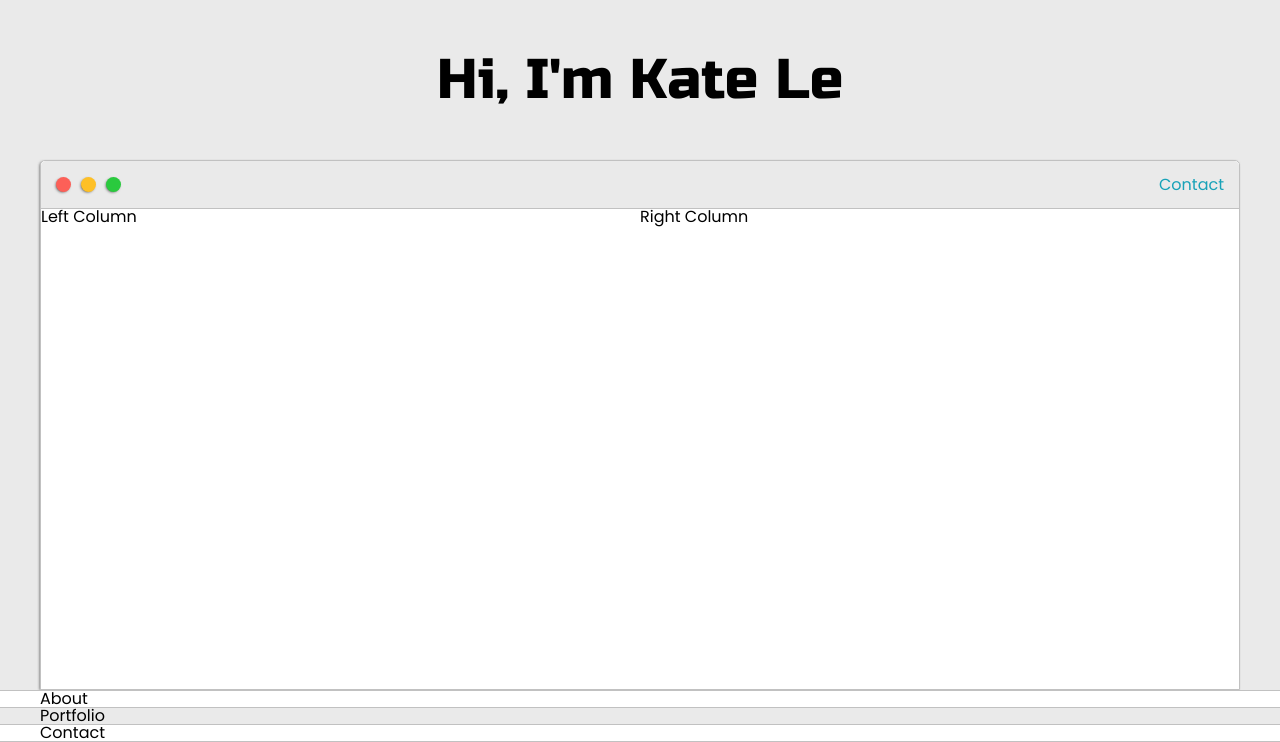
Repository: kate30980/my-persponal-website
Page: index.html
These files come from the project's save history. The page is drawn as it stood at one moment and after the next save; the edit follows.
The browser window is 1280 px wide. The pictures show the whole page.
An inner scrolling area shows only its first screen.

Above is the page before, as saved 2021-08-26 18:06:18.

### index.html
<!DOCTYPE html>
<html lang="en">

<head>
    <meta charset="UTF-8">
    <meta http-equiv="X-UA-Compatible" content="IE=edge">
    <meta name="viewport" content="width=device-width, initial-scale=1.0">
    <title>Kate Le</title>
    <link rel="preconnect" href="https://fonts.googleapis.com">
    <link rel="preconnect" href="https://fonts.gstatic.com" crossorigin>
    <link rel="preconnect" href="https://fonts.googleapis.com">
    <link rel="preconnect" href="https://fonts.gstatic.com" crossorigin>
    <link href="https://fonts.googleapis.com/css2?family=Poppins:wght@300;400;600;700&family=Russo+One&display=swap"
        rel="stylesheet">
    <link rel="stylesheet" href="reset.css">
    <link rel="stylesheet" href="main.css">
</head>

<body>

    <section class="s1">
        <div class="main-container">
            <div class="greeting-wrapper">
                <h1>Hi, I'm Kate Le</h1>
            </div>

            <div class="intro-wrapper">
                <div class="nav-wrapper">
                    <div class="dots-wrapper">
                        <div id="dot-1" class="browser-dot"></div>
                        <div id="dot-2" class="browser-dot"></div>
                        <div id="dot-3" class="browser-dot"></div>
                    </div>
                    <ul id="navigation">
                        <li>
                            <a href="#">Contact</a>
                        </li>
                    </ul>
                </div>
                <div class="left-column">
                    Left Column
                </div>
                <div class="right-column">
                    Right Column
                </div>
            </div>

        </div>
    </section>

    <section class="s2">
        <div class="main-container">
            About
        </div>
    </section>

    <section class="s1">
        <div class="main-container">
            Portfolio
        </div>
    </section>

    <section class="s2">
        <div class="main-container">
            Contact
        </div>
    </section>

</body>

</html>

### main.css
:root {
  --mainText: black;
  --secondaryText: #4b5156;

  --mainColor: #eaeaea;
  --secondaryColor: #fff;

  --borderColor: #c1c1c1;
}

html,
body {
  padding: 0;
  margin: 0;
  font-family: "Poppins", sans-serif;
}
h1,
h2,
h3,
h4,
h5,
h6,
strong {
  color: var(--mainText);
  font-family: "Russo One", sans-serif;
  font-weight: 500;
}

p,
li,
span,
label,
input,
textarea,
select {
  color: var(--secondaryText);
  font-family: "Poppins", sans-serif;
}
ul {
  list-style: none;
}

a {
  text-decoration: none;
  color: #17a2b8;
}

h1 {
  font-size: 56px;
}
h2 {
  font-size: 36px;
}
h3 {
  font-size: 28px;
}
h4 {
  font-size: 24px;
}
h5 {
  font-size: 20px;
}
h6 {
  font-size: 16px;
}

.s1 {
  background-color: var(--mainColor);
  border-bottom: 1px solid var(--borderColor);
  overflow: auto;
}
.s2 {
  background-color: var(--secondaryColor);
  border-bottom: 1px solid var(--borderColor);
  overflow: auto;
}
.main-container {
  width: 1200px;
  margin: 0 auto;
}
.greeting-wrapper {
  display: grid;
  text-align: center;
  align-content: center;
  min-height: 10em;
}

.intro-wrapper {
  background-color: var(--secondaryColor);
  border: 1px solid var(--borderColor);
  border-radius: 5px 5px 0 0;

  -webkit-box-shadow: -1px 1px 3px -1px rgba(0, 0, 0, 0.75);
  -moz-box-shadow: -1px 1px 3px -1px rgba(0, 0, 0, 0.75);
  box-shadow: -1px 1px 3px -1px rgba(0, 0, 0, 0.75);

  display: grid;
  grid-template-columns: repeat(2, 1fr);
  grid-template-rows: 3em 30em;
  grid-template-areas:
    "nav-wrapper nav-wrapper"
    "left-column right-column";
}

#navigation {
  margin: 0;
  padding: 10px;
}
#navigation li {
  display: inline-block;
  margin-right: 5px;
  margin-left: 5px;
}

.dots-wrapper {
  display: flex;
  padding: 10px;
}

#dot-1 {
  background-color: #fc6058;
}
#dot-2 {
  background-color: #fec027;
}
#dot-3 {
  background-color: #2aca3e;
}

.browser-dot {
  background-color: black;
  height: 15px;
  width: 15px;
  border-radius: 50%;
  margin: 5px;

  -webkit-box-shadow: -1px 1px 3px -1px rgba(0, 0, 0, 0.75);
  -moz-box-shadow: -1px 1px 3px -1px rgba(0, 0, 0, 0.75);
  box-shadow: -1px 1px 3px -1px rgba(0, 0, 0, 0.75);
}

.nav-wrapper {
  grid-area: nav-wrapper;
  border-bottom: 1px solid var(--borderColor);
  display: flex;
  justify-content: space-between;
  align-items: center;
  background-color: var(--mainColor);
  border-radius: 5px 5px 0 0;
}
.left-column {
  grid-area: left-column;
}
.right-column {
  grid-area: right-column;
}

@media screen and (max-width: 1200px) {
  .main-container {
    width: 95%;
  }
}

Loaded but not shown: reset.css (common file)

After the next save:
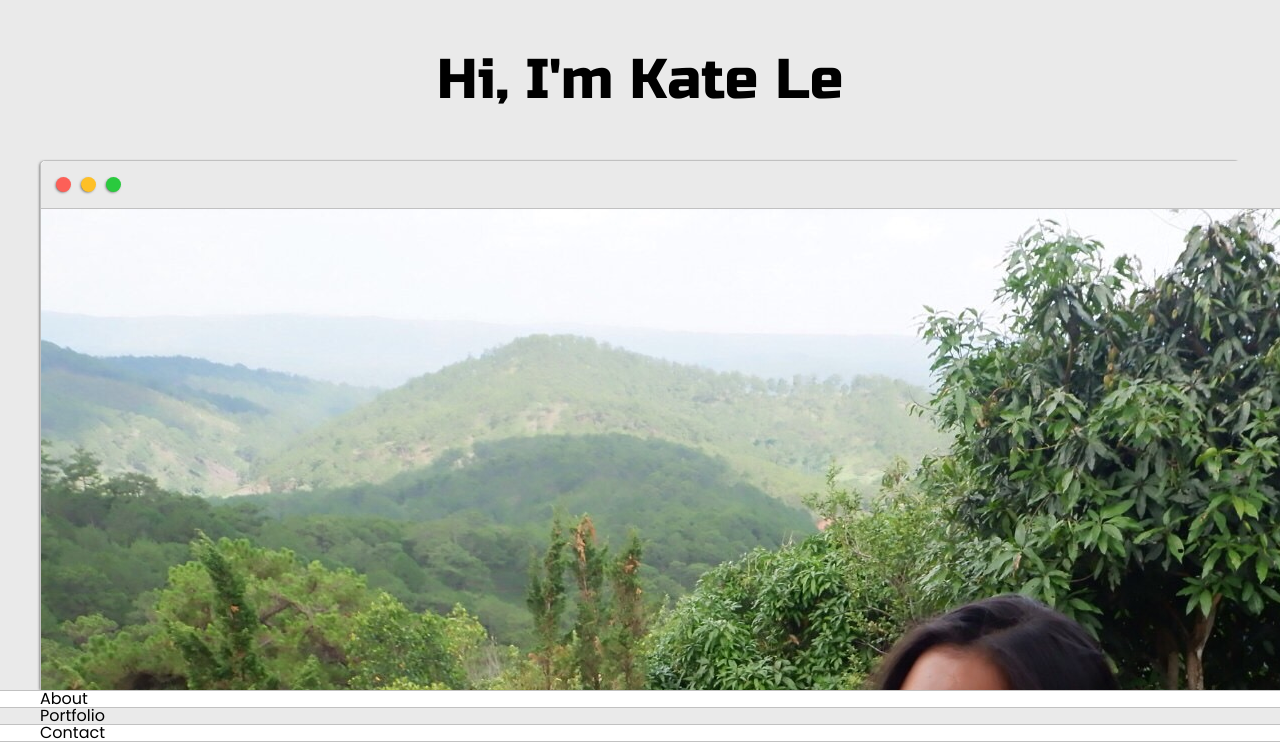
Saved 2 h 46 min later.
--- a/index.html
+++ b/index.html
@@ -38,7 +38,7 @@
                     </ul>
                 </div>
                 <div class="left-column">
-                    Left Column
+                    <img src="./images/IMG_2624.JPG" alt="img-kate">
                 </div>
                 <div class="right-column">
                     Right Column
